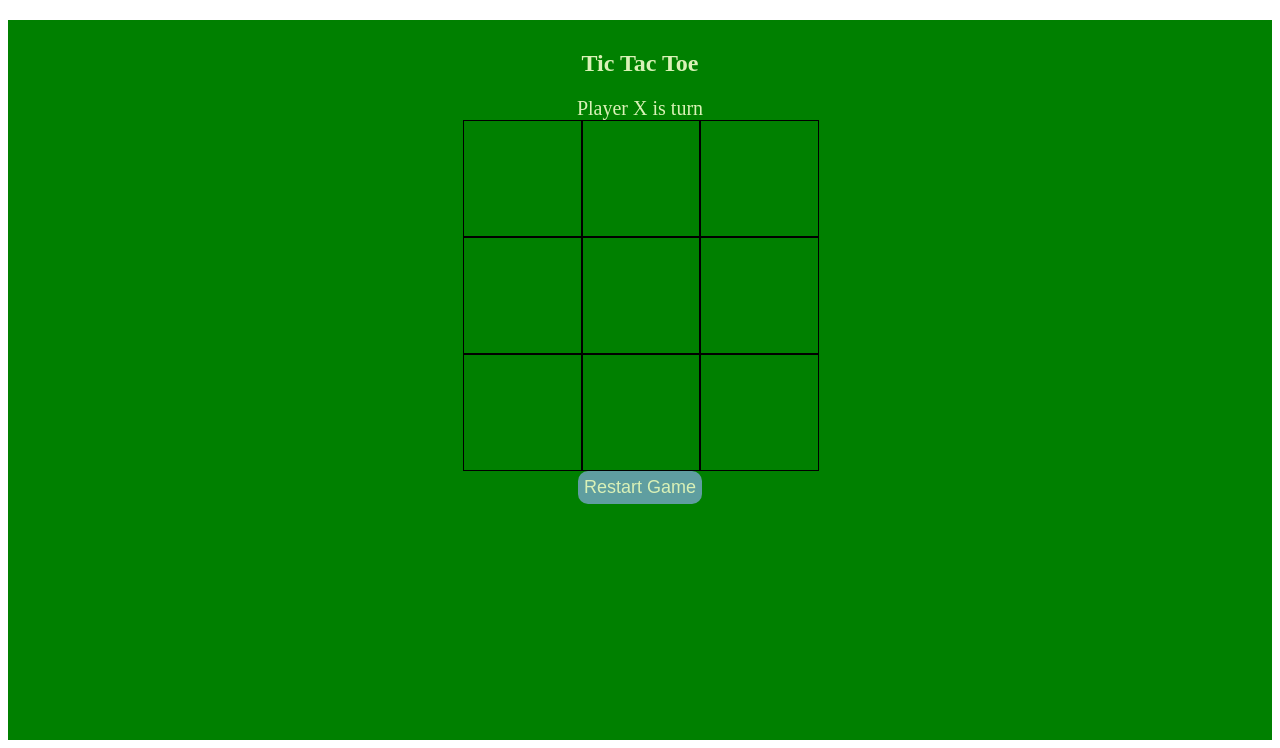
Repository: AnahitKhechumyan/tictac
Page: index.html
These files come from the project's save history. The page is drawn as it stood at one moment and after the next save; the edit follows.
The browser window is 1280 px wide. The pictures show the whole page.

Above is the page before, as saved 2022-02-07 01:09:24.

### index.html
<!DOCTYPE html>
<html lang="en">
<head>
    <meta charset="UTF-8">
    <meta http-equiv="X-UA-Compatible" content="IE=edge">
    <meta name="viewport" content="width=device-width, initial-scale=1.0">
    <link rel="stylesheet" href="./style.css">
    <script src ="./script.js"></script>
    <title>TIC TAC TOE</title>
</head>
<body>
    <main class= "green">
        <section class="title"><h1>Tic Tac Toe</h1></section>
        <section class="display">Player <span class = "display-player playerX"> X </span> is turn</section>
        <section class="container">
            <div class= "box"></div>
            <div class= "box"></div>
            <div class= "box"></div>
            <div class= "box"></div>
            <div class= "box"></div>
            <div class= "box"></div>
            <div class= "box"></div>
            <div class= "box"></div>
            <div class= "box"></div>
        </section>

        <section class="display speacker hide"></section>
        <section class="controls">
            <button id = "restart">Restart Game</button>
        </section>

    </main>
    <script  src="script.js"></script>

</body>
</html>

### style.css
.green{
    background-color: green;
    width: 100%;
    height:100vh;
    cursor: pointer;
}
.display, h1, span{
    color:rgb(218, 241, 183);
}
.container{
    margin-left: 36%;
    width: 28%;
    display: grid;
    grid-template-columns: repeat(3, 1fr);
}
.box{
    border:1px solid black;
    width: 100%;
    height: 16vh;
    color:rgb(218, 241, 183);
    font-size: 100px;
    text-align: center;
}
h1{
    text-align: center;
    padding-top: 30px;
}
.display, .controls{
    text-align: center;
}
.display{
    font-size: 20px;
}
#restart{
    padding:6px;
    background-color: cadetblue;
    color:rgb(218, 241, 183);
    font-size: 18px;
    border:none;
    border-radius: 10px;
    cursor: pointer;
}
 #restart:hover {
    color:green;
    background-color: ivory;
}
.display-player{
    color:rgb(218, 241, 183);
}

### script.js
window.addEventListener("DOMContentLoaded",()=>{
    const boxes = Array.from(document.querySelectorAll(".box"));
    const playerDisplay = document.querySelector(".display-player");
    const restartButton = document.querySelector("#restart");
    const speacker = document.querySelector(".speacker");

    let field =["","","","","","","","",""];
    let currentPlayer = "X";
    let isGameActive = true;

    const PLAYERX_WON = "PLAYERX_WON";
    const PLAYER0_WON = "PLAYER0_WON";
    const TIE = "TIE";

    const winningConditions =[
        [0,1,2],
        [3,4,5],
        [6,7,8],
        [0,3,6],
        [1,4,7],
        [2,5,8],
        [0,4,8],
        [2,4,6]
    ];

    function handleResultValidation(){
        let roundWon = false;
        for(let i = 0; i<=7; i++){
            const winCondition = winningConditions[i];
            if(field[winCondition[0]] === "" || field[winCondition[1]] === "" || field[winCondition[2]] === ""){
                continue;
            }
            if( field[winCondition[0]]=== field[winCondition[1]] && field[winCondition[1]] === field[winCondition[2]]){
                roundWon = true;
                break;
            }



        if(roundWon){
            finish(currentPlayer ==="X" ? PLAYERX_WON : PLAYER0_WON);
            isGameActive = false;
            return;
        }
        if(!field.includes("")) finish(TIE);

      }
    }

        const finish = (type)=>{
            switch(type){
                case PLAYERX_WON:
                    speacker.innerHTML = `Player <span class = "display-player playerX"> X </span> Won`;
                    break;
                case PLAYER0_WON:
                    speacker.innerHTML = `Player <span class = "display-player playerO"> O </span> Won`;
                    break;
                case TIE:
                speacker.innerHTML = `We have a tie!`;
                    break;

            }
            speacker.classList.remove('hide');
        }
        const isValidActian = (box)=>{
            if(box.innerText === "X" || box.innerText === "0" ){
                return false;
            }
               return true;
        };


        const updateField = (index)=>{
            field[index] = currentPlayer;
        };


        const changePlayer = ()=>{
            playerDisplay.classList.remove(`player${currentPlayer}`);
            currentPlayer = currentPlayer==="X" ? "0" : "X";
            playerDisplay.innerText =  currentPlayer;
            playerDisplay.classList.add(`player${currentPlayer}`);
        };


        const userAction = (box, index)=>{
            if(isValidActian(box) && isGameActive){
                box.innerText = currentPlayer;
                box.classList.add(`player${currentPlayer}`);
                updateField(index);
                handleResultValidation();
                changePlayer();
            }
        };

        const restartField = ()=>{
            field = ["","","","","","","","","",];
            isGameActive = true;
            speacker.classList.add("hide");
           if( currentPlayer ==="0"){
               changePlayer();
           }
           boxes.forEach((box)=>{
               box.innerText = "";
               box.classList.remove("playerX");
               box.classList.remove("player0");
           });
        };

        boxes.forEach((box,index)=>{
            box.addEventListener("click", ()=>userAction(box, index));
        });

       restartButton.addEventListener("click", restartField);
});

After the next save:
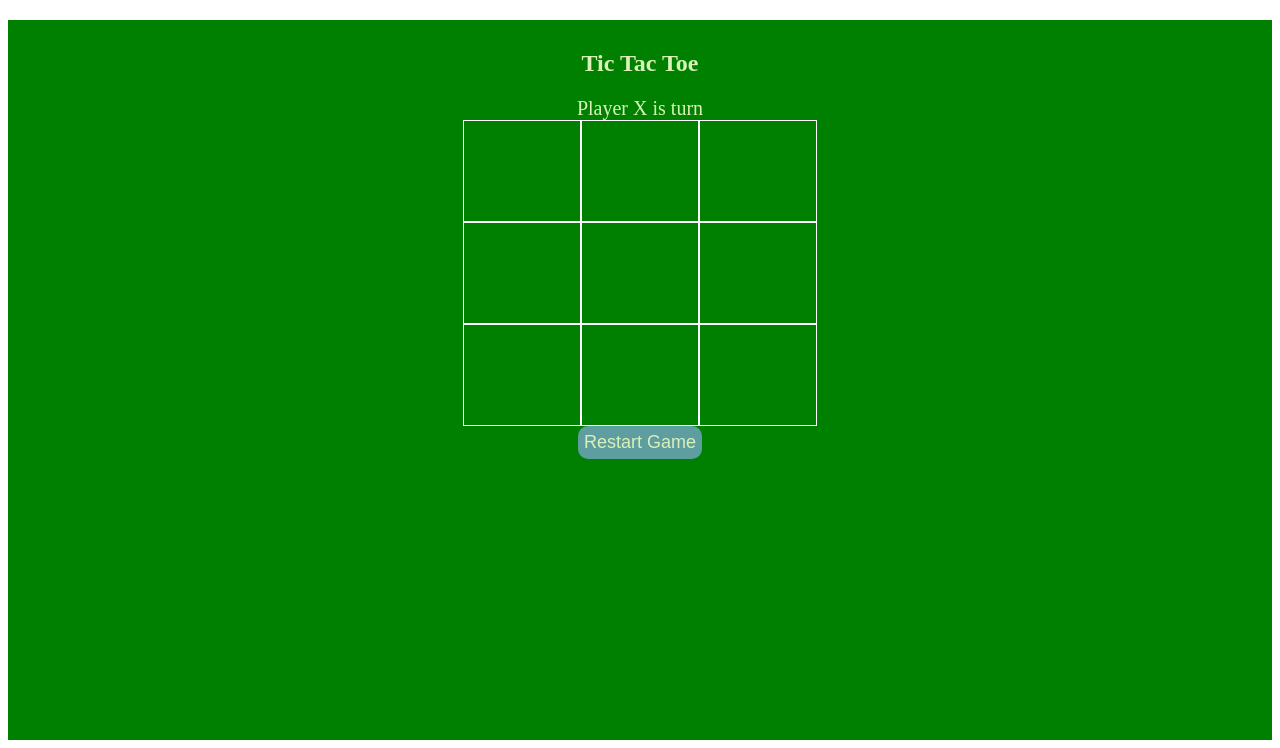
Saved 4 min 57 s later.
--- a/style.css
+++ b/style.css
@@ -13,13 +13,23 @@
     display: grid;
     grid-template-columns: repeat(3, 1fr);
 }
-.box{
+/*.box{
     border:1px solid black;
     width: 100%;
     height: 16vh;
     color:rgb(218, 241, 183);
     font-size: 100px;
     text-align: center;
+}*/
+.box {
+    border: 1px solid white;
+    min-width: 100px;
+    min-height: 100px;
+    display: flex;
+    justify-content: center;
+    align-items: center;
+    font-size: 50px;
+    cursor: pointer;
 }
 h1{
     text-align: center;
